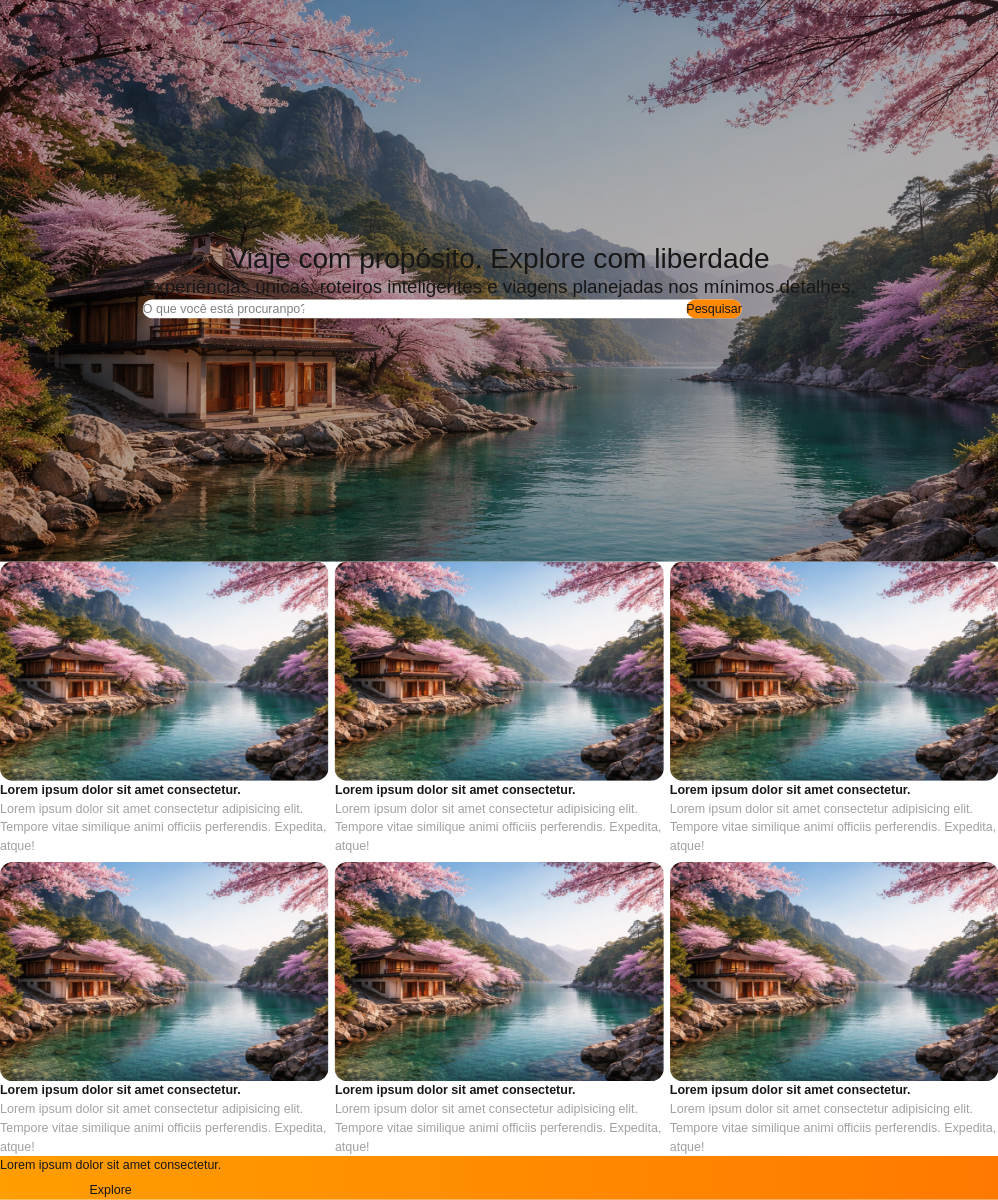
Repository: pedroantoniosi/tripicon-site
Page: /home
These files come from the project's save history. The page is drawn as it stood at one moment and after the next save; the edit follows.
The browser window is 1280 px wide. The pictures show the whole page, at 78% of full size.
The project was rebuilt for these pictures with package versions that can differ from the ones it lists, and the page was loaded fresh each time. The framework's server and built-in components were replaced by stand-ins that run in the browser. Also part of the build but not shown: next.config.ts.

Above is the page before, as saved 2026-04-06 11:48:02.

### src/app/layout.tsx
import type { Metadata } from "next";
import { Geist, Geist_Mono } from "next/font/google";
import "./globals.css";

const geistSans = Geist({
  variable: "--font-geist-sans",
  subsets: ["latin"],
});

const geistMono = Geist_Mono({
  variable: "--font-geist-mono",
  subsets: ["latin"],
});

export const metadata: Metadata = {
  title: "Create Next App",
  description: "Generated by create next app",
};

export default function RootLayout({
  children,
}: Readonly<{
  children: React.ReactNode;
}>) {
  return (
    <html
      lang="en"
      className={`${geistSans.variable} ${geistMono.variable} h-full antialiased`}
    >
      <body className="min-h-full flex flex-col">{children}</body>
    </html>
  );
}

### src/app/home/page.tsx
"use client";
import styles from "./page.module.css";
import Searchbar from "@/components/searchbar/searchbar";
import Container from "@/components/Container/Container";
import Image from "next/image";
import Slider from "@/components/Slider/Slider";

const trips = [
  { title: "", image: "/images/banner.png" },
  { title: "", image: "/images/banner.png" },
  { title: "", image: "/images/banner.png" },
];

const reviews = [
  {
    name: "Mariana Souza",
    text: "Viajar para Kyoto sempre foi um sonho, mas eu não fazia ideia de por onde começar. A plataforma montou tudo pra mim e a experiência foi simplesmente perfeita.",
    stars: 5,
  },
  {
    name: "Lucas Ferreira",
    text: "Fiquei impressionado com a organização. Desde Tokyo até Osaka, tudo foi muito bem planejado. Zero dor de cabeça.",
    stars: 5,
  },
  {
    name: "Camila Ribeiro",
    text: "Eu queria uma viagem mais cultural e menos turística, e eles acertaram exatamente no que eu buscava. Kyoto foi o ponto alto da viagem.",
    stars: 5,
  },
  {
    name: "Rafael Martins",
    text: "Foi minha primeira viagem internacional e eu estava inseguro. O suporte foi excelente do começo ao fim, principalmente durante a estadia em Tokyo.",
    stars: 5,
  },
  {
    name: "Juliana Costa",
    text: "Consegui montar um roteiro completo em poucos minutos. A experiência no Monte Fuji foi inesquecível. Recomendo muito.",
    stars: 5,
  },
];

export default function Home() {
  return (
    <>
      {/* Sessão Inicial  Principal */}
      <section className={styles.heroContainer}>
        <div className={`${styles.heroCaption} col gap-2`}>
          <h1 className="text-4xl  text-center">
            {" "}
            Viaje com propósito. Explore com liberdade
          </h1>
          <p className="text-md lg:text-2xl text-center m-[12]">
            Experiências únicas, roteiros inteligentes e viagens planejadas nos
            mínimos detalhes.
          </p>
          <Searchbar />
        </div>
      </section>

      <Container>
        <section
          className={`${styles.featuresContainer} grid grid-cols-2 gap-2 lg:grid-cols-3 lg:py-4`}
        >
          {Array.from({ length: 6 }).map((_, index) => (
            <div key={index} className={`${styles.card}`}>
              <Image
                className="rounded-2xl"
                src="/images/banner.png"
                alt="Banner"
                width={500}
                height={300}
              />
              <div className={`${styles.caption} p-2`}>
                <h2 className="font-bold font">
                  Lorem ipsum dolor sit amet consectetur.
                </h2>
                <p className={`${styles.text} text-neutral-400 max-w-[500px]`}>
                  Lorem ipsum dolor sit amet consectetur adipisicing elit.
                  Tempore vitae similique animi officiis perferendis. Expedita,
                  atque!
                </p>
              </div>
            </div>
          ))}
        </section>
      </Container>

      <section
        className={`${styles.discoverContainer} flex gap-2 justify-between`}
      >
        <div className="flex flex-col gap-2">
          <h2>Lorem ipsum dolor sit amet consectetur.</h2>
          <button>Explore</button>
        </div>
      </section>
    </>
  );
}

### src/app/globals.css
@import "tailwindcss";
@import "bootstrap-icons/font/bootstrap-icons.css";

* {
  padding: 0;
  margin: 0;
  box-sizing: border-box;
}

:root {
  --background: #ffffff;
  --foreground: #171717;
  --primaryColor: #
}

@media (prefers-color-scheme: dark) {
  :root {
    --background: #0a0a0a;
    --foreground: #ededed;
  }
}

body {
  background: var(--background);
  color: var(--foreground);
  font-family: Arial, Helvetica, sans-serif;
}

### src/app/home/page.module.css
.heroContainer {
    padding: 1rem;
    position: relative;
    display: grid;
    place-items: center;
    z-index: 1;
    min-height: 70svh;

    &::after {
        content: ' ';
        position: absolute;
        width: 100%;
        height: 100%;
        left: 0;
        bottom: 0;
        background-image: url('/images/banner.png');
        background-size: cover;
        z-index: -1;
        filter: brightness(70%);
    }

    & .heroTitle {
        max-width: 1024px;
        text-align: center;
    }
}


.discoverContainer {
    background: #FF9E00;
    background: linear-gradient(90deg, rgba(255, 158, 0, 1) 0%, rgba(255, 121, 0, 1) 100%);
}


@media (min-width: 1024px) {
    .heroContainer {
        padding: 2rem;
        min-height: 100vh;
    }

    .heroContainer .heroTitle {
        max-width: 1200px;
    }
}

@media (max-width: 768px) {
    .featuresContainer {


        & .card {
            position: relative;

            & .caption {
                width: 100%;
                position: absolute;
                bottom: 0;
                z-index: 1;

                & .text {
                    display: none;
                }
            }
        }
    }

}

### src/components/searchbar/searchbar.tsx
export default function searchbar() {
  return (
    <>
      <div className="p-[.5rem] bg-white rounded-full flex justify-between m-auto max-w-[768px]">
        <input
          className="p-1 text-black outline-none border-none"
          type="text"
          placeholder="O que você está procuranpo?"
        />
        <button className="bg-orange-400 px-2 rounded-full">Pesquisar</button>
      </div>
    </>
  );
}

### src/components/Container/Container.tsx
import React from "react";

type ContainerProps = {
  children?: React.ReactNode;
};

export default function Container({ children }: ContainerProps) {
  return <div className="p-2 max-w-[1640px] m-auto">{children}</div>;
}

After the next save:
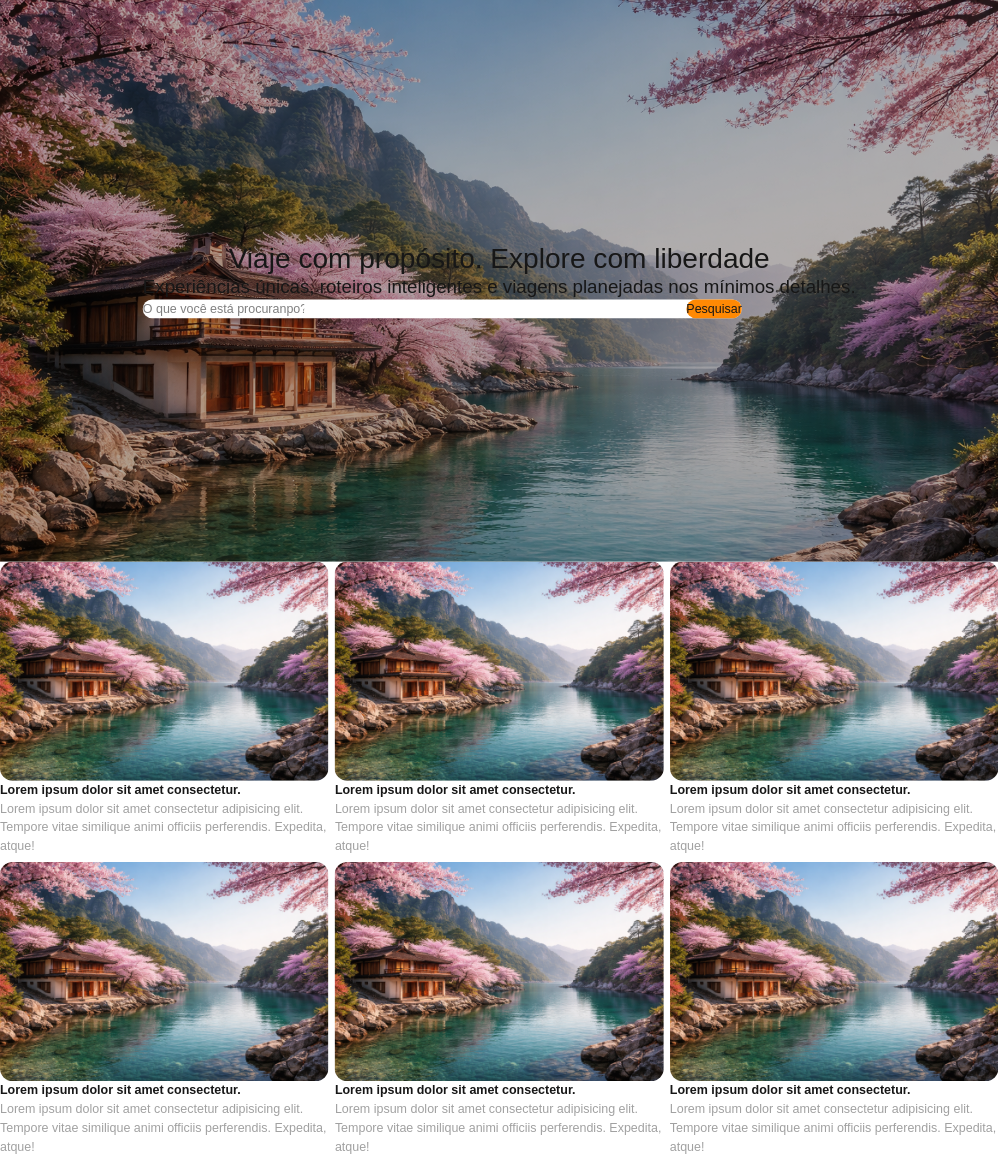
Saved 28 s later.
--- a/src/app/home/page.tsx
+++ b/src/app/home/page.tsx
@@ -84,15 +84,6 @@
           ))}
         </section>
       </Container>
-
-      <section
-        className={`${styles.discoverContainer} flex gap-2 justify-between`}
-      >
-        <div className="flex flex-col gap-2">
-          <h2>Lorem ipsum dolor sit amet consectetur.</h2>
-          <button>Explore</button>
-        </div>
-      </section>
     </>
   );
 }

After the save that followed:
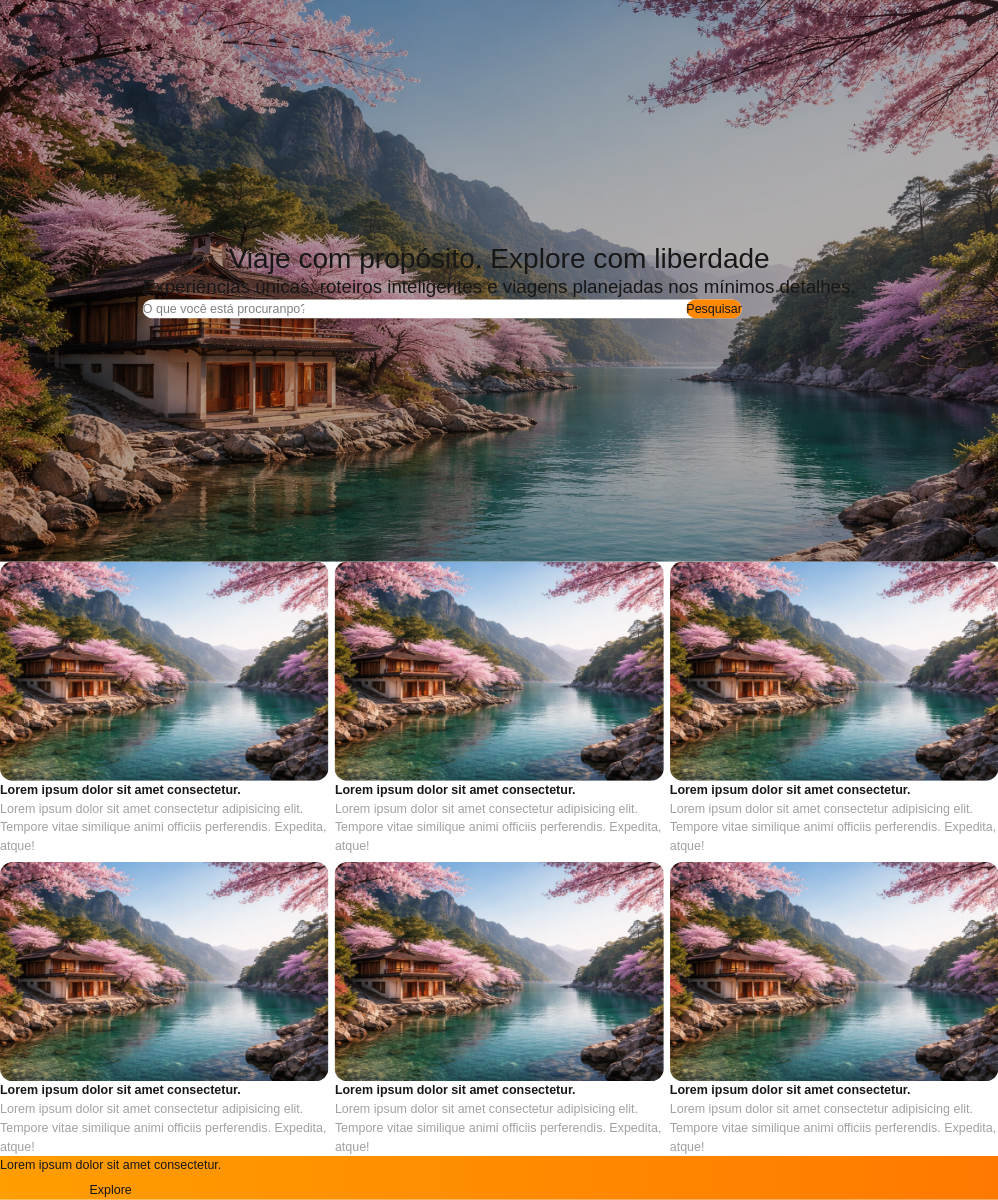
Saved 4 s later.
--- a/src/app/home/page.tsx
+++ b/src/app/home/page.tsx
@@ -83,6 +83,15 @@
             </div>
           ))}
         </section>
+
+        <section
+          className={`${styles.discoverContainer} flex gap-2 justify-between`}
+        >
+          <div className="flex flex-col gap-2">
+            <h2>Lorem ipsum dolor sit amet consectetur.</h2>
+            <button>Explore</button>
+          </div>
+        </section>
       </Container>
     </>
   );
